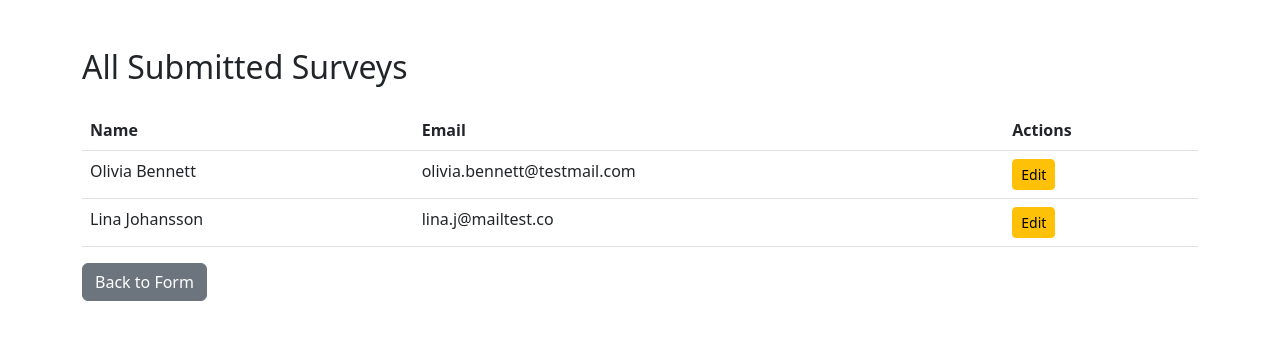
Repository: krisnguyenn2020/SWE645-Extra-Credit
Page: http://localhost/survey/list/
An editor plug-in stored every save of this project. The page is shown before and after a run of saves, followed by the edit.
The browser window is 1280 px wide. The pictures show the whole page.
The page is served by the project's application, run on Django 5.2 (manage.py). The page reads the database file committed with the project.

Above is the page before, as saved 2025-04-20 22:37:36.

After the next 2 saves:
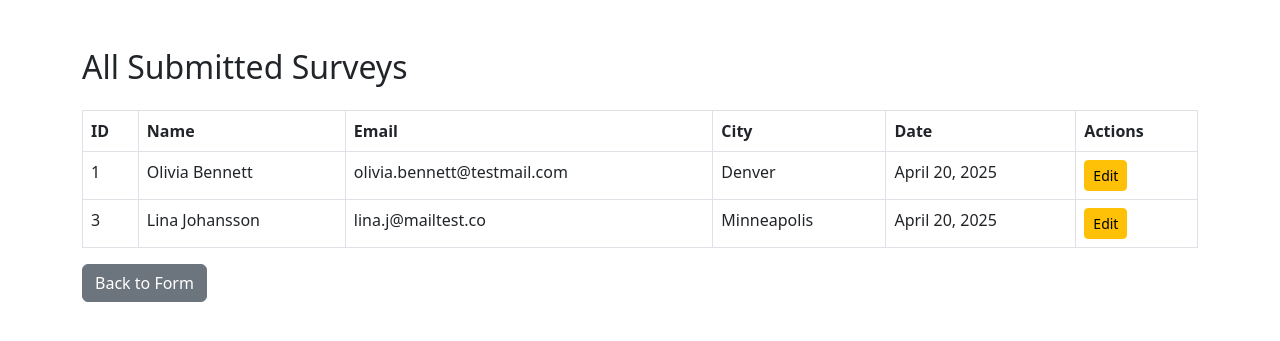
The 2 saves are shown as one change because they came seconds apart.
The last was saved 55 s later.
--- a/survey_app/templates/survey_app/survey_list.html
+++ b/survey_app/templates/survey_app/survey_list.html
@@ -7,26 +7,32 @@
 </head>
 <body class="container mt-5">
     <h2 class="mb-4">All Submitted Surveys</h2>
-    <table class="table">
+    <table class="table table-bordered">
         <thead>
-          <tr>
-            <th>Name</th>
-            <th>Email</th>
-            <th>Actions</th>
-          </tr>
+            <tr>
+                <th>ID</th>
+                <th>Name</th>
+                <th>Email</th>
+                <th>City</th>
+                <th>Date</th>
+                <th>Actions</th>
+            </tr>
         </thead>
         <tbody>
-          {% for survey in surveys %}
-          <tr>
-            <td>{{ survey.first_name }} {{ survey.last_name }}</td>
-            <td>{{ survey.email }}</td>
-            <td>
-              <a href="{% url 'update_survey' survey.id %}" class="btn btn-warning btn-sm">Edit</a>
-            </td>
-          </tr>
-          {% endfor %}
+            {% for s in surveys %}
+            <tr>
+                <td>{{ s.id }}</td>
+                <td>{{ s.first_name }} {{ s.last_name }}</td>
+                <td>{{ s.email }}</td>
+                <td>{{ s.city }}</td>
+                <td>{{ s.date_of_survey }}</td>
+                <td>
+                    <a href="{% url 'update_survey' s.id %}" class="btn btn-warning btn-sm">Edit</a>
+                </td>
+            </tr>
+            {% endfor %}
         </tbody>
-      </table>
+    </table>
 
     <a href="{% url 'submit_form' %}" class="btn btn-secondary">Back to Form</a>
 </body>
